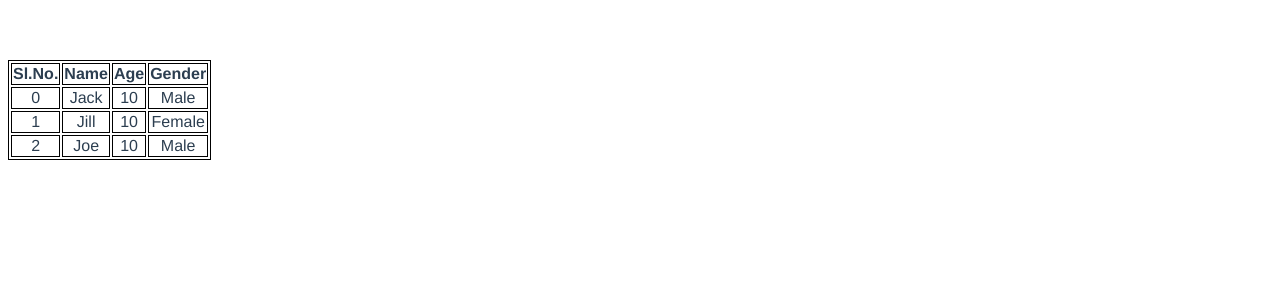
Repository: tysonpaul89/vue-student-crud
Page: /
These files come from the project's save history. The page is drawn as it stood at one moment and after the next save; the edit follows.
The browser window is 1280 px wide. The pictures show the whole page.
The project was rebuilt for these pictures with package versions that can differ from the ones it lists, and the page was loaded fresh each time.

Above is the page before, as saved 2020-04-10 16:56:22.

After the next save:
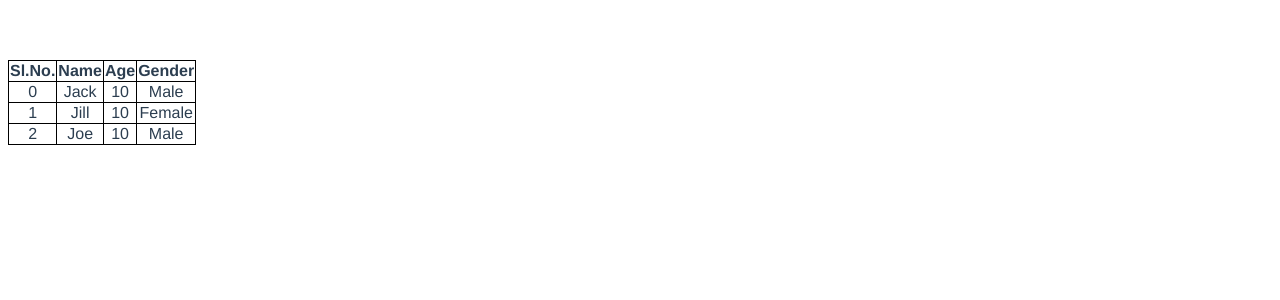
Saved 25 s later.
--- a/src/components/StudentListng.vue
+++ b/src/components/StudentListng.vue
@@ -36,6 +36,10 @@ export default {
 </script>
 
 <style scoped>
+    table {
+        border-collapse: collapse;
+    }
+
     table, td, th{
         border: 1px solid black;
     }
